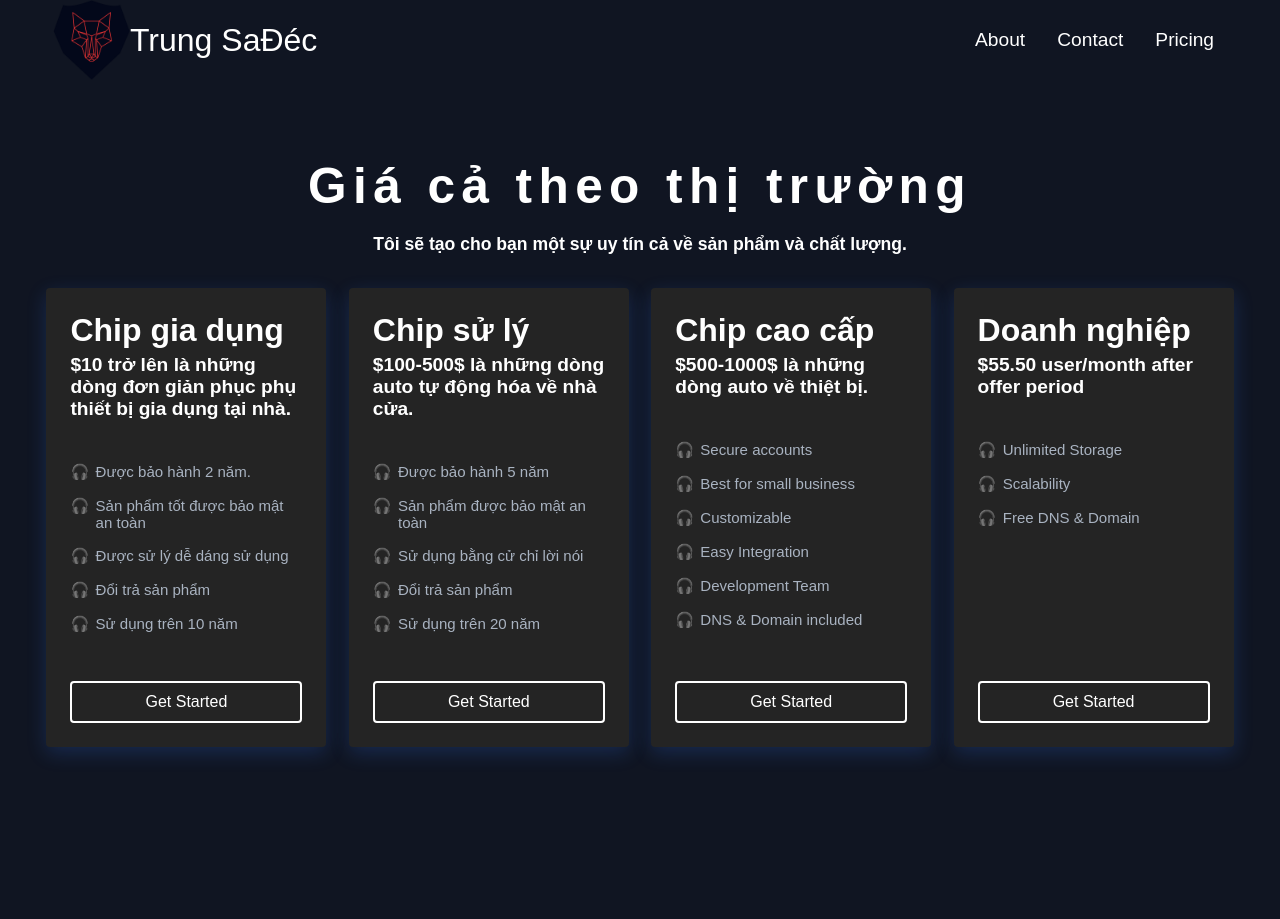
Repository: fdhhhdjd/Profile-Gift-B_H_Q_Trung
Page: /pricing
An editor plug-in stored every save of this project. The page is shown before and after the next save, followed by the edit.
The browser window is 1280 px wide. The pictures show the whole page.
The project was rebuilt for these pictures with package versions that can differ from the ones it lists, and the page was loaded fresh each time. Also part of the build but not shown: src/App.css, src/Pages/Home.js, src/Styles/HeroStyles.js, src/Components/Hero.js. Imported but missing from the stored project, and not drawn on this page: src/Pages/SignUpPage.

Above is the page before, as saved 2021-10-28 17:04:50.

After the next save:
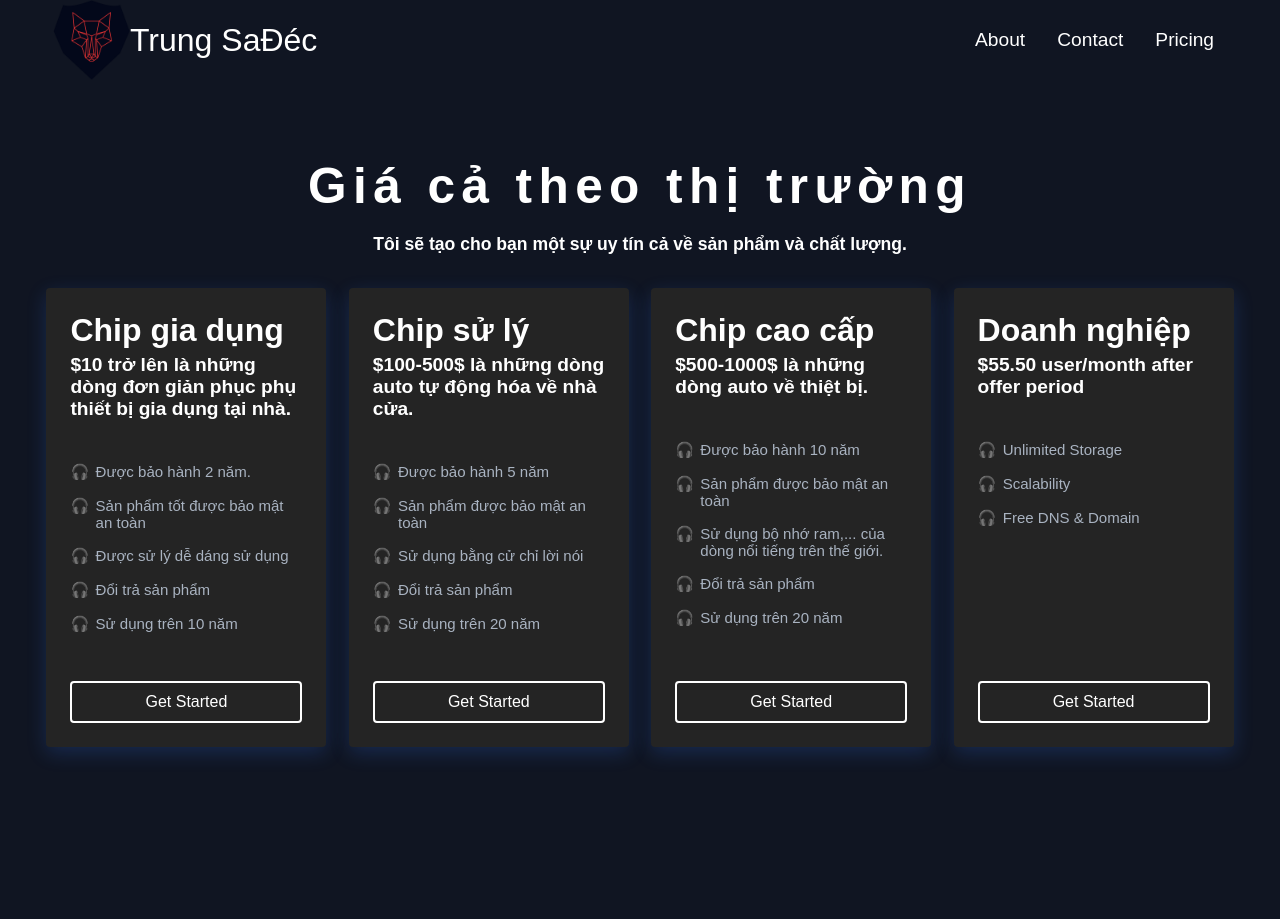
Saved 39 s later.
--- a/src/Data/PricingData.js
+++ b/src/Data/PricingData.js
@@ -28,12 +28,11 @@ export const pricingData = [
     price: "$500-1000$ là những dòng auto về thiệt bị. ",
     numAcc: "50-1000 accounts",
     features: [
-      "Secure accounts",
-      "Best for small business",
-      "Customizable",
-      "Easy Integration",
-      "Development Team",
-      "DNS & Domain included",
+      "Được bảo hành 10 năm",
+      "Sản phẩm được bảo mật an toàn",
+      "Sử dụng bộ nhớ ram,... của dòng nổi tiếng trên thế giới.",
+      "Đổi trả sản phẩm",
+      "Sử dụng trên 20 năm",
     ],
   },
 
